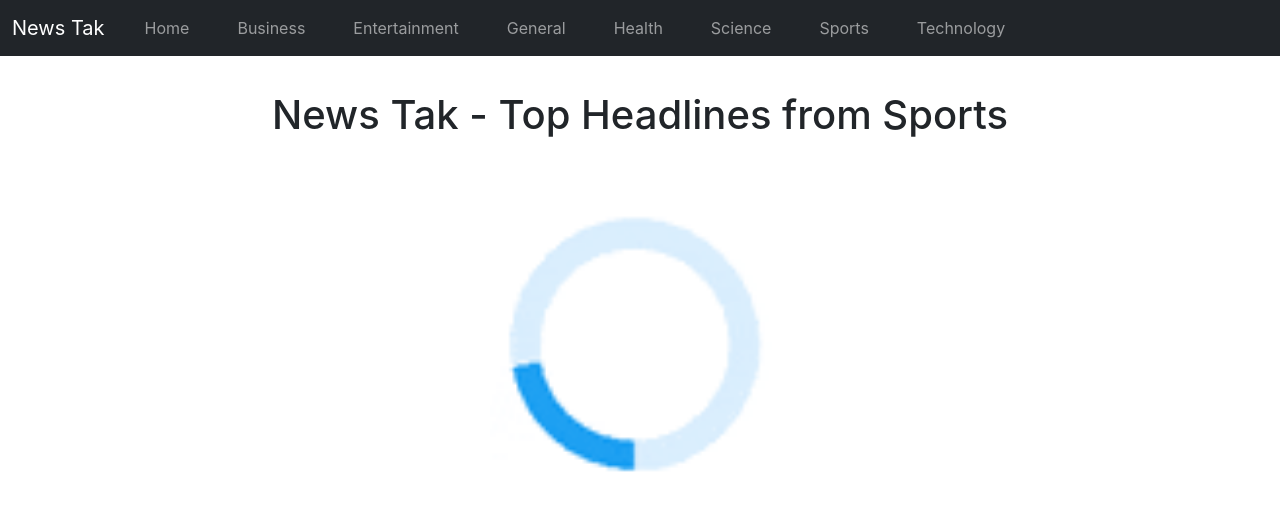
Repository: Rohit-foryou/News-website
Page: /sports
An editor plug-in stored every save of this project. The page is shown before and after the next save, followed by the edit.
The browser window is 1280 px wide. The pictures show the whole page.
The page's requests for data from a server got no answer. The project was rebuilt for these pictures with package versions that can differ from the ones it lists, and the page was loaded fresh each time. No one was signed in, and anything a server would have sent is missing. Also part of the build but not shown: src/Components/NewsItem.js.

Above is the page before, as saved 2024-01-12 10:42:20.

### public/index.html
<!DOCTYPE html>
<html lang="en">
  <head>
    <meta charset="utf-8" />
    <link rel="icon" href="%PUBLIC_URL%/favicon.ico" />
    <meta name="viewport" content="width=device-width, initial-scale=1" />
    <meta name="theme-color" content="#000000" />
    <meta
      name="description"
      content="News Tak is used to see latest news fast and easy"
    />
    <link rel="apple-touch-icon" href="%PUBLIC_URL%/logo192.png" />
    <!--
      manifest.json provides metadata used when your web app is installed on a
      user's mobile device or desktop. See https://developers.google.com/web/fundamentals/web-app-manifest/
    -->
    <link rel="manifest" href="%PUBLIC_URL%/manifest.json" />
    <!--
      Notice the use of %PUBLIC_URL% in the tags above.
      It will be replaced with the URL of the `public` folder during the build.
      Only files inside the `public` folder can be referenced from the HTML.

      Unlike "/favicon.ico" or "favicon.ico", "%PUBLIC_URL%/favicon.ico" will
      work correctly both with client-side routing and a non-root public URL.
      Learn how to configure a non-root public URL by running `npm run build`.
    -->
    <title>News Tak</title>
    <link href="https://cdn.jsdelivr.net/npm/bootstrap@5.3.2/dist/css/bootstrap.min.css" rel="stylesheet" integrity="sha384-T3c6CoIi6uLrA9TneNEoa7RxnatzjcDSCmG1MXxSR1GAsXEV/Dwwykc2MPK8M2HN" crossorigin="anonymous">
  </head>
  <body>
    <noscript>You need to enable JavaScript to run this app.</noscript>
    <div id="root"></div>
    <!--
      This HTML file is a template.
      If you open it directly in the browser, you will see an empty page.

      You can add webfonts, meta tags, or analytics to this file.
      The build step will place the bundled scripts into the <body> tag.

      To begin the development, run `npm start` or `yarn start`.
      To create a production bundle, use `npm run build` or `yarn build`.
    -->
    <script src="https://cdn.jsdelivr.net/npm/bootstrap@5.3.2/dist/js/bootstrap.bundle.min.js" integrity="sha384-C6RzsynM9kWDrMNeT87bh95OGNyZPhcTNXj1NW7RuBCsyN/o0jlpcV8Qyq46cDfL" crossorigin="anonymous"></script>
  </body>
</html>

### src/App.js
import React, { Component } from 'react';
import NavBar from './Components/NavBar';
import News from './Components/News';
import {
  BrowserRouter,
  Route,
  Routes,
} from "react-router-dom";
import LoadingBar from 'react-top-loading-bar'

export class App extends Component {
  pageSize=9;

  state = {
    progress: 0
  }
  setProgress = (progress)=>{
    this.setState({progress: progress})
  }


  render() {
    return (
      <div>
        <BrowserRouter>
        <LoadingBar
        color='#f11946'
        progress={this.state.progress}
      />
          <NavBar />
          <Routes>
            <Route exact path='/' element={<News setProgress={this.setProgress}  key="general"pageSize={this.pageSize} country='in' category='general' />} />
            <Route exact path='/business' element={<News setProgress={this.setProgress}  key="business"pageSize={this.pageSize} country='in' category='business' />} />
            <Route exact path='/entertainment' element={<News setProgress={this.setProgress}  key="entertainment"pageSize={this.pageSize} country='in' category='entertainment' />} />
            <Route exact path='/general' element={<News setProgress={this.setProgress}  key="general"pageSize={this.pageSize} country='in' category='general' />} />
            <Route exact path='/health' element={<News setProgress={this.setProgress}  key="health"pageSize={this.pageSize} country='in' category='health' />} />
            <Route exact path='/science' element={<News setProgress={this.setProgress}  key="science"pageSize={this.pageSize} country='in' category='science' />} />
            <Route exact path='/sports' element={<News setProgress={this.setProgress}  key="sports"pageSize={this.pageSize} country='in' category='sports' />} />
            <Route exact path='/technology' element={<News setProgress={this.setProgress}  key="technology"pageSize={this.pageSize} country='in' category='technology' />} />
          </Routes>
        </BrowserRouter>
      </div>
    );
  }
}

export default App;

### src/Components/NavBar.js
import React, { Component } from "react";
import {Link} from "react-router-dom";

export default class NavBar extends Component {
  render() {
    return (
      <div>
        <nav className="navbar navbar-expand-lg navbar-dark bg-dark">
          <div className="container-fluid">
            <Link className="navbar-brand" to="/">
              News Tak
            </Link>
            <button
              className="navbar-toggler"
              type="button"
              data-bs-toggle="collapse"
              data-bs-target="#navbarSupportedContent"
              aria-controls="navbarSupportedContent"
              aria-expanded="false"
              aria-label="Toggle navigation"
            >
              <span className="navbar-toggler-icon"></span>
            </button>
            <div
              className="collapse navbar-collapse"
              id="navbarSupportedContent"
            >
              <ul className="navbar-nav me-auto mb-2 mb-lg-0">
                <li className="nav-item mx-3">
                  <Link className="nav-link" aria-current="page" to="/">
                    Home
                  </Link>
                </li>
                <li className="nav-item mx-3">
                  <Link className="nav-link" to="/business">
                    Business
                  </Link>
                </li>
                <li className="nav-item mx-3">
                  <Link className="nav-link" to="/entertainment">
                    Entertainment
                  </Link>
                </li>
                <li className="nav-item mx-3">
                  <Link className="nav-link" to="/general">
                    General
                  </Link>
                </li>
                <li className="nav-item mx-3">
                  <Link className="nav-link" to="/health">
                    Health
                  </Link>
                </li>
                <li className="nav-item mx-3">
                  <Link className="nav-link" to="/science">
                    Science
                  </Link>
                </li>
                <li className="nav-item mx-3">
                  <Link className="nav-link" to="/sports">
                    Sports
                  </Link>
                </li>
                <li className="nav-item mx-3">
                  <Link className="nav-link" to="/technology">
                    Technology
                  </Link>
                </li>
              </ul>
            </div>
          </div>
        </nav>
      </div>
    );
  }
}

### src/Components/News.js
import React, { Component } from "react";
import NewsItem from "./NewsItem";
import Spinner from "./Spinner";
import PropTypes from 'prop-types'
import InfiniteScroll from "react-infinite-scroll-component";


export class News extends Component {

  static defaultProps = {
    country: 'in',
    pageSize: 8,
    category: 'general',
    totalResults: 0,
  }

  static propTypes = {
    country: PropTypes.string,
    pageSize: PropTypes.number,
    category: PropTypes.string,
  }

  capitalizeFirstLetter = (string) => {
    return string.charAt(0).toUpperCase() + string.slice(1);
  }

  constructor(props) {
    super(props);
    // console.log("hello i am constructor");
    this.state = {
      articles: [],
      loading: false,
      page: 1,
    };
    document.title = `${this.capitalizeFirstLetter(this.props.category)} - News Tak`;
  }



  async componentDidMount() {
    this.update();
  }

  handleNextClick = async () => {
    this.setState({ page: this.state.page + 1 });
    this.update();

  };


  handlePrevClick = async () => {
    this.setState({ page: this.state.page - 1 });
    this.update();
  };

  async update() {
    this.props.setProgress(0);
    const url = `https://newsapi.org/v2/top-headlines?country=${this.props.country}&category=${this.props.category}&apiKey=fa3dbec13bb44cd2a222250b4aea8871&page=${this.state.page + 1}&pageSize=${this.props.pageSize}`;

    this.setState({loading: true});
    let data = await fetch(url);
    let parsedData = await data.json();

    this.setState({
      totalResults: parsedData.articles,
      articles: parsedData.articles,
      loading: false,
    });
    this.props.setProgress(100);

};

  fetchMoreData = async () => {
    this.setState({ page: this.state.page + 1 })
    const url = `https://newsapi.org/v2/top-headlines?country=${this.props.country}&category=${this.props.category}&apiKey=fa3dbec13bb44cd2a222250b4aea8871&page=${this.state.page}&pageSize=${this.props.pageSize}`;

    this.setState({ loading: true });
    let data = await fetch(url);
    let parsedData = await data.json();

    this.setState({
      totalResults: parsedData.totalResults,
      articles: this.state.articles.concat(parsedData.articles),
      loading: false,
    });
  };


  render() {
    return (
      <>
        <h1 className="text-center" style={{ margin: '35px 0px' }}>News Tak - Top Headlines from {this.capitalizeFirstLetter(this.props.category)}</h1>
        {/* {this.state.loading && <Spinner/>} */}

        <InfiniteScroll
          dataLength={this.state.articles.length}
          next={this.fetchMoreData}
          hasMore={this.state.articles.length !== this.state.totalResults}
          loader={<Spinner />}>


          <div className="container">
            <div className="row">
              {this.state.articles.map((element) => {
                return (
                  <div className="col-md-4" key={element.url}>
                    <NewsItem
                      title={element.title ? element.title.slice(0, 100) : ""}
                      description={
                        element.description ? element.description : ""
                      }
                      imgUrl={element.urlToImage}
                      newsUrl={element.url}
                      author={element.author}
                      date={element.publishedAt}
                      source={element.source.name}
                    />
                  </div>
                );
              })}
            </div>
          </div>
        </InfiniteScroll>

      </>
    );
  }
}

export default News;

### src/Components/Spinner.js
import React from 'react';
import loading from './loading.gif';
import giphy from './giphy.gif'

const Spinner = () => {
  return (
    <div className='text-center my-3'>
      <img src={giphy} alt="loading" style={{ width: '300px', height: '300px' }} />
    </div>
  );
}

export default Spinner;

Loaded but not shown: src/index.js (common file); src/index.css (common file); src/reportWebVitals.js (common file)

After the next save:
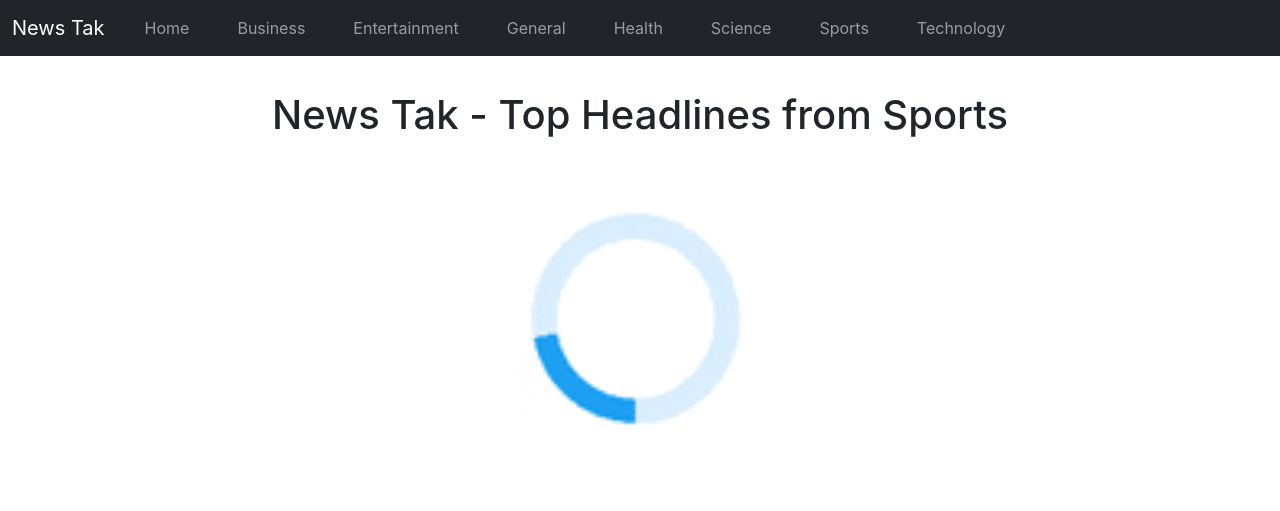
Saved 28 s later.
--- a/src/Components/Spinner.js
+++ b/src/Components/Spinner.js
@@ -5,7 +5,7 @@ import giphy from './giphy.gif'
 const Spinner = () => {
   return (
     <div className='text-center my-3'>
-      <img src={giphy} alt="loading" style={{ width: '300px', height: '300px' }} />
+      <img src={giphy} alt="loading" style={{ width: '250px', height: '250px' }} />
     </div>
   );
 }
